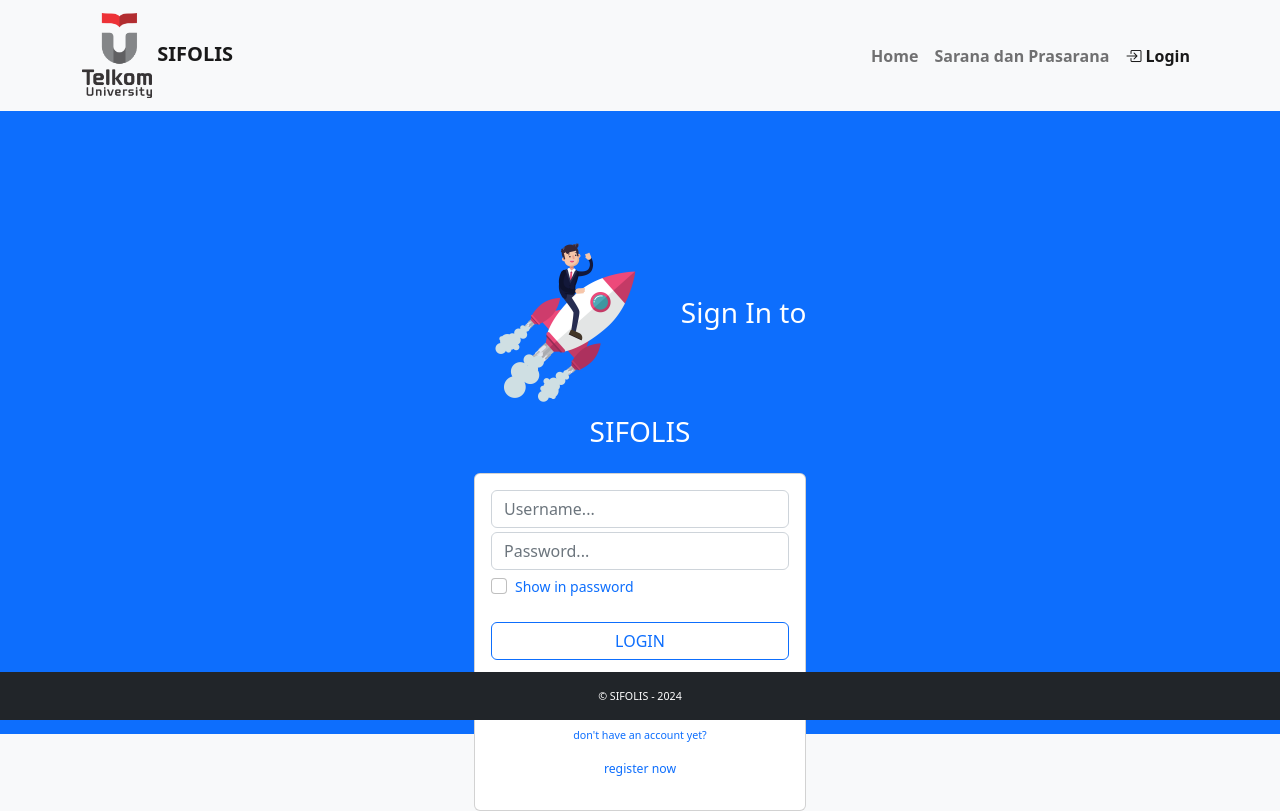
Repository: Audi87/uas_framework
Page: http://localhost/login
These files come from the project's save history. The page is drawn as it stood at one moment and after a run of saves; the edit follows.
The browser window is 1280 px wide. The pictures show the whole page.
Some web libraries are served in a nearby version. The page is served by the project's Laravel application, run on PHP 8.4 with Laravel 10. Other server files are loaded and not shown.

Above is the page before, as saved 2024-06-13 20:46:38.

### routes/web.php
<?php

use App\Http\Controllers\{
    BarangController, ContactController, CustumerController, DataPeminjamanController, HistoryController,
    Home, LoginController, PeminjamanController, ProfilController, RegistrasiController,
    SaranaDanPrasaranaController, AdminController
};
use Illuminate\Support\Facades\Route;


Route::get('/', [Home::class, 'index'])->middleware('auth');

Route::get('/login', [LoginController::class, 'index'])->name('login')->middleware('guest');
Route::post('/login', [LoginController::class, 'login']);
Route::post('/logout', [LoginController::class, 'logout']);

Route::get('/registrasi', [RegistrasiController::class, 'index'])->middleware('guest');
Route::post('/registrasi', [RegistrasiController::class, 'registrasi']);

Route::get('/dashboard', function() {
    return view('dashboard.index', ['title' => 'Dashboard Admin']);
})->middleware('admin');

Route::get('/profil/{user:id}', [ProfilController::class, 'index'])->middleware('auth');

Route::get('/sarana dan prasarana', [SaranaDanPrasaranaController::class, 'index'])->middleware('auth');
Route::resource('/sarana-prasarana', BarangController::class)->middleware('admin');

Route::get('/peminjaman/{barang:id}', [PeminjamanController::class, 'index'])->middleware('auth');
Route::post('/peminjaman/{barang:id}', [PeminjamanController::class, 'peminjaman'])->middleware('auth');

Route::get('/history/{user:id}', [HistoryController::class, 'index'])->middleware('auth');

Route::get('/kembalikan/{id}', [PeminjamanController::class, 'kembalikan'])->middleware('auth');
Route::get('/detail-peminjaman/{id}', [PeminjamanController::class, 'detailPeminjaman'])->middleware('auth');

Route::get('/category/{id}', [SaranaDanPrasaranaController::class, 'category'])->middleware('auth');

Route::get('/custumer', [CustumerController::class, 'index'])->middleware('admin');
Route::get('/custumer/{user:id}', [CustumerController::class, 'detail'])->middleware('admin');

Route::get('/data-peminjaman', [DataPeminjamanController::class, 'index'])->middleware('admin');
Route::get('/data-peminjaman/{id}', [DataPeminjamanController::class, 'detail'])->middleware('admin');

Route::get('/contact', [ContactController::class, 'index'])->middleware('auth');

### app/Http/Controllers/LoginController.php
<?php

namespace App\Http\Controllers;

use Illuminate\Support\Facades\Auth;
use Illuminate\Http\Request;

class LoginController extends Controller
{
    // Function untuk menampilkan view login
    public function index(){
        return view('login.login', [
            'title' => 'Login'
        ]);
    }

    // Function untuk proses login
    public function login(Request $request)
    {
        $validateData = $request->validate([
            'username' => ['required'],
            'password' => ['required']
        ]);

        if(Auth::attempt($validateData)){
            $request->session()->regenerate();
            return redirect()->intended('/')->with('success', 'Login successful!');
        }else{
            return redirect('/login')->with('error', 'Wrong username or password');
        }
    }

    // Function untuk proses logout
    public function logout(Request $request)
    {
        Auth::logout();

        $request->session()->invalidate();

        $request->session()->regenerateToken();

        return redirect('/login')->with('success', 'Logout successfully');
    }
}

### resources/views/login/login.blade.php
@extends('layouts.main')

@section('content')
<div class="p-3 mb-2 bg-primary text-white">
    <div class="container-fluid">
        <div class="container" style="height: 72vh">
            <br>
            <div class="row mt-5 text-center mb-5">
                {{-- Alert --}}
                <div class="col-lg-4 offset-lg-4 mb-3">
                    @if(session()->has('success'))
                    <div class="alert alert-primary" role="alert">
                        <strong><small>{{ session('success') }}</small></strong>
                    </div>
                    @endif
                </div>
                {{-- End alert --}}
                <div class="col-lg-4 offset-lg-4">
                    <h3><img src="img/pngwing.com (7).png" width="200" alt=""> Sign In to SIFOLIS </h3>
                </div>
                <div class="col-lg-4 offset-lg-4 col-10 offset-1 mt-3">
                    {{-- Form Login --}}
                    <div class="container">
                        <div class="card">
                            <div class="card-body">
                                <form action="/login" method="post">
                                    @csrf
                                    <div class="mb-1">
                                        <input type="text" id="username" name="username" placeholder="Username..." value="{{ old('username') }}" class="form-control @error('username') is-invalid @enderror">
                                        @error('username')
                                        <div class="invalid-feedback">
                                            {{ $message }}
                                        </div>
                                        @enderror
                                    </div>

                                    <div class="mb-1">
                                        <input type="password" id="password" name="password" placeholder="Password..." value="{{ old('password') }}" class="form-control @error('password') is-invalid @enderror">
                                        @error('password')
                                        <div class="invalid-feedback">
                                            {{ $message }}
                                        </div>
                                        @enderror
                                    </div>

                                    <div class="mb-2 text-start">
                                        <div class="form-check">
                                            <input class="form-check-input" type="checkbox" value="" id="flexCheckDefault">
                                            <label class="form-check-label" for="flexCheckDefault">
                                                <p class="text-primary"> <small>Show in password<small></p>
                                            </label>
                                        </div>
                                    </div>

                                    <div class="mb-4">
                                        <button class="btn btn-outline-primary w-100" type="submit">LOGIN</button>
                                    </div>
                                    <h3>
                                        <div class="sosmed d-flex justify-content-center gap-3">
                                            <a href="https://myaccount.google.com/?utm_source=sign_in_no_continue&pli=1"><i class="fa-brands fa-google fa-sm "></i></a>
                                            <a href="https://www.facebook.com/"><i class="fa-brands fa-square-facebook fa-sm"></i></a>
                                        </div>
                                    </h3>

                                    <div>
                                        <p class="text-primary"><small>don't have an account yet?</small></p>
                                        <p><a href="registrasi" class="text-decoration-none">register now</a></p>
                                    </div>
                                </form>
                            </div>
                        </div>
                        {{-- End Form --}}
                    </div>
                </div>

            </div>
        </div>
    </div>
    <br><br><br>


@if(session('error'))
<script>
    Swal.fire({
        title: 'Error!',
        text: "{{ session('error') }}",
        icon: 'error',
        confirmButtonText: 'Ok'
    });
</script>
@endif
<!-- End Sweet Alert -->

@endsection

### resources/views/layouts/main.blade.php
<!doctype html>
<html lang="en">
  <head>
    <meta charset="utf-8">
    <meta name="viewport" content="width=device-width, initial-scale=1">
    <title>{{ $title }}</title>

    <link rel="stylesheet" href="/css/stylee.css">

    {{-- Link Aos --}}
    <link rel="stylesheet" href="https://unpkg.com/aos@next/dist/aos.css" />

    {{-- Link Icons Bootstrap --}}
    <link rel="stylesheet" href="https://cdn.jsdelivr.net/npm/bootstrap-icons@1.9.1/font/bootstrap-icons.css">

    <link href="https://cdn.jsdelivr.net/npm/bootstrap@5.2.0/dist/css/bootstrap.min.css" rel="stylesheet" integrity="sha384-gH2yIJqKdNHPEq0n4Mqa/HGKIhSkIHeL5AyhkYV8i59U5AR6csBvApHHNl/vI1Bx" crossorigin="anonymous">
    <link href="https://fonts.googleapis.com/css2?family=Poppins:wght@400;500;600&display=swap" rel="stylesheet">
    <link rel="stylesheet" href="https://cdnjs.cloudflare.com/ajax/libs/font-awesome/6.4.0/css/all.min.css"
        integrity="sha512-iecdLmaskl7CVkqkXNQ/ZH/XLlvWZOJyj7Yy7tcenmpD1ypASozpmT/E0iPtmFIB46ZmdtAc9eNBvH0H/ZpiBw=="
        crossorigin="anonymous" referrerpolicy="no-referrer" />
  </head>
  <body class="bg-light">

    {{-- Include navbar --}}
    @include('navbar.navbar')

    {{-- Content --}}
    @yield('content')
    {{-- End Content --}}

    {{-- Include Footer --}}
    @include('footer.footer')

    <script src="https://cdn.jsdelivr.net/npm/bootstrap@5.2.0/dist/js/bootstrap.bundle.min.js" integrity="sha384-A3rJD856KowSb7dwlZdYEkO39Gagi7vIsF0jrRAoQmDKKtQBHUuLZ9AsSv4jD4Xa" crossorigin="anonymous"></script>

    <script src="https://unpkg.com/aos@next/dist/aos.js"></script>
    <script>
      AOS.init();
    </script>

    {{-- Js Jquery --}}
    <script src="/js/jquery.js"></script>

    {{-- Script js --}}
    <script src="/js/script.js"></script>

  </body>
</html>

### resources/views/navbar/navbar.blade.php
{{-- Navbar --}}
<nav class="navbar navbar-expand-lg bg-light navbar-light">
    <div class="container">
        <a class="navbar-brand" href="/"><img src="img/logo.png" width="70" alt="" data-aos="flip-left"
                data-aos-duration="2000"> SIFOLIS </a>
        <button class="navbar-toggler" type="button" data-bs-toggle="collapse" data-bs-target="#navbarNav"
            aria-controls="navbarNav" aria-expanded="false" aria-label="Toggle navigation">
            <span class="navbar-toggler-icon"></span>
        </button>
        <div class="collapse navbar-collapse" id="navbarNav">
            <ul class="navbar-nav ms-auto">
                <li class="nav-item">
                    <a class="nav-link {{ Request::is('/') ? 'active' : '' }}" aria-current="page"
                        href="/">Home</a>
                </li>
                <li class="nav-item">
                    <a class="nav-link {{ Request::is('sarana dan prasarana') ? 'active' : '' }}" aria-current="page"
                        href="/sarana dan prasarana">Sarana dan Prasarana</a>
                </li>

                @auth
                    <li class="nav-item dropdown">
                        <a class="nav-link dropdown-toggle" href="#" role="button" data-bs-toggle="dropdown"
                            aria-expanded="false">
                            <i class="bi bi-person-lines-fill"></i> Welcome, {{ auth()->user()->username }}
                        </a>
                        <ul class="dropdown-menu">
                            @can('admin')
                                <li><a class="dropdown-item" href="/dashboard">Dashboard Admin</a></li>
                            @endcan
                            <li><a class="dropdown-item" href="/history/{{ auth()->user()->id }}">Peminjaman</a></li>
                            <li><a class="dropdown-item" href="/contact">Contact Us</a></li>
                            <li><a class="dropdown-item" href="/profil/{{ auth()->user()->id }}"><i
                                        class="bi bi-person-lines-fill"></i> My Profil</a></li>
                            <li>
                                <hr class="dropdown-divider">
                            </li>
                            {{-- Form Logout --}}
                            <form action="/logout" method="post">
                                @csrf
                                <button type="submit" class="dropdown-item"
                                    onclick="return confirm('sure want to go out?')"><i class="bi bi-box-arrow-in-left"></i>
                                    Logout</button>
                            </form>
                            {{-- End From --}}
                        </ul>
                    </li>
                @else
                    <li class="nav-item">
                        <a class="nav-link {{ Request::is('login') ? 'active' : '' }}" href="/login"><i
                                class="bi bi-box-arrow-in-right"></i> Login</a>
                    </li>
                @endauth

            </ul>
        </div>
    </div>
</nav>
{{-- End Navbar --}}

### resources/views/footer/footer.blade.php
<div class="container">
    <!-- Konten Halaman di sini -->
</div>
<div class="fixed-bottom">
<footer class="container-fluid bg-dark text-white text-center">
    <div class="container1">
        <div class="row">
            <div class="col-lg-12">
                <small><p class="mt-3">&copy; SIFOLIS - 2024</p></small>
            </div>
        </div>
    </div>
    </div>
</footer>

### public/css/stylee.css
nav ul li {
    font-weight: bold;
}

nav a {
    font-weight: bold;
}

nav ul li:hover {
    background-color: black;
    opacity: 0.8;
    border-radius: 17px;
    text-decoration: underline;
}

### public/js/script.js
$(document).ready(function(){


    window.setTimeout(function(){
        $('.alert').fadeTo(300, 0).slideUp(300, function(){
            $(this).remove();
        });
    }, 4000);

    // Js Show password
    $('#flexCheckDefault').click(function(){
        if($(this).is(':checked')){
            $('#password').attr('type', 'text')
        }else{
            $('#password').attr('type', 'password')
        }
    });

});

Loaded but not shown: app/Http/Controllers/Controller.php (common file); public/js/jquery.js (library)

After the next 2 saves:
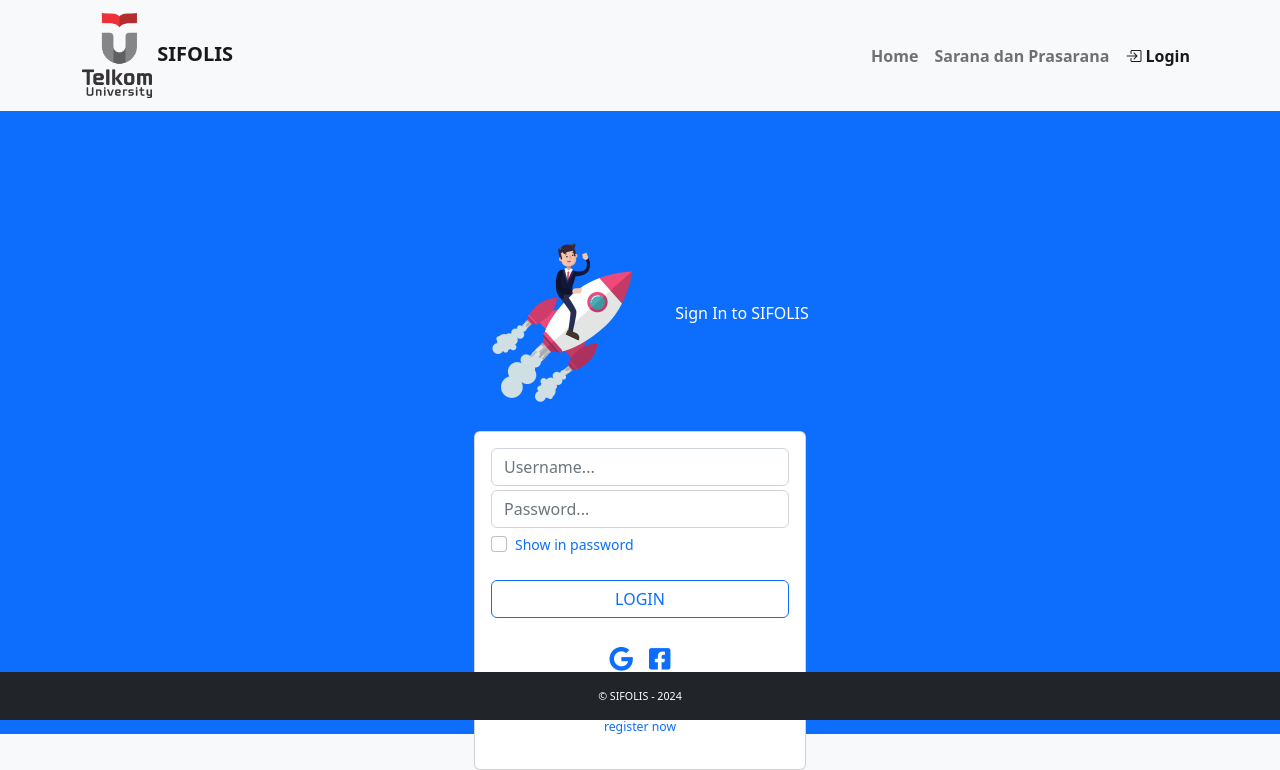
The 2 saves are shown as one change because they came seconds apart.
The last was saved 13 s later.
--- a/resources/views/login/login.blade.php
+++ b/resources/views/login/login.blade.php
@@ -16,7 +16,7 @@
                 </div>
                 {{-- End alert --}}
                 <div class="col-lg-4 offset-lg-4">
-                    <h3><img src="img/pngwing.com (7).png" width="200" alt=""> Sign In to SIFOLIS </h3>
+                    <img src="img/pngwing.com (7).png" width="200" alt=""> Sign In to SIFOLIS </h3>
                 </div>
                 <div class="col-lg-4 offset-lg-4 col-10 offset-1 mt-3">
                     {{-- Form Login --}}
